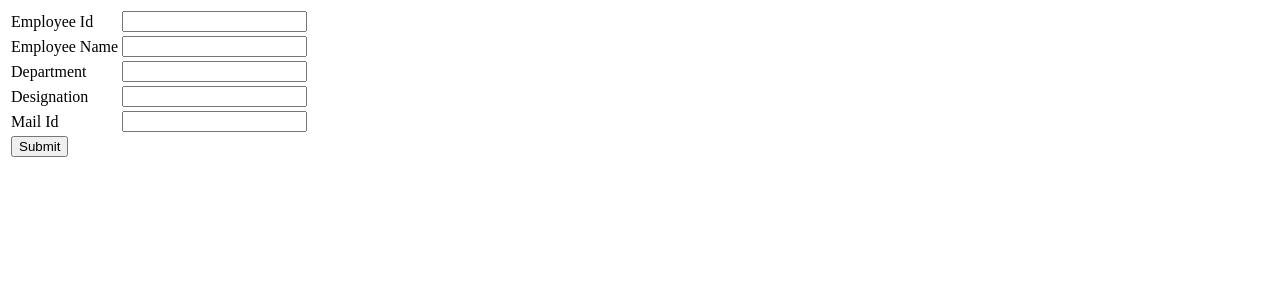
Repository: saiswaroop1547/ctstraining
Page: MVCapplication/WebContent/addEmp.html
The author's editor kept a copy of each file at every save. The page is drawn from the files as they stood at one save, then again after the next save.
The browser window is 1280 px wide. The pictures show the whole page.

Above is the page before, as saved 2020-02-14 11:32:43.

After the next save:
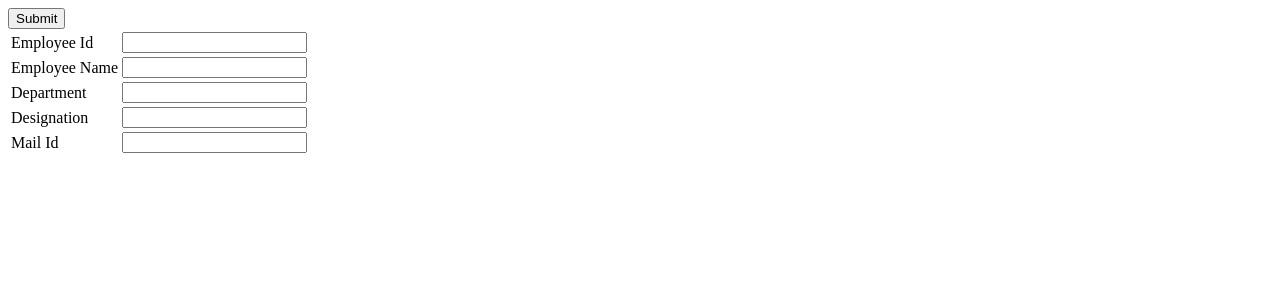
Saved 41 s later.
--- a/MVCapplication/WebContent/addEmp.html
+++ b/MVCapplication/WebContent/addEmp.html
@@ -12,7 +12,7 @@
 <tr><td>Department</td><td><input type="text" name="dept"/></td></tr>
 <tr><td>Designation</td><td><input type="text" name="desg"/></td></tr>
 <tr><td>Mail Id</td><td><input type="text" name="emailid"/></td></tr>
-<td><input type="submit" name="Add Employee"/></td>
+<input type="submit" name="Add Employee"/>
 </table>
 </form>
 </body>

After the save that followed:
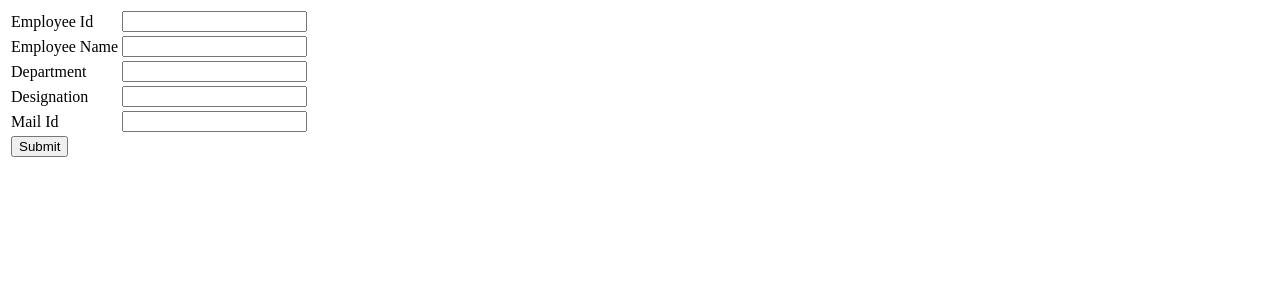
Saved 24 s later.
--- a/MVCapplication/WebContent/addEmp.html
+++ b/MVCapplication/WebContent/addEmp.html
@@ -12,7 +12,7 @@
 <tr><td>Department</td><td><input type="text" name="dept"/></td></tr>
 <tr><td>Designation</td><td><input type="text" name="desg"/></td></tr>
 <tr><td>Mail Id</td><td><input type="text" name="emailid"/></td></tr>
-<input type="submit" name="Add Employee"/>
+<td><input type="submit" name="Add Employee"/></td>
 </table>
 </form>
 </body>
